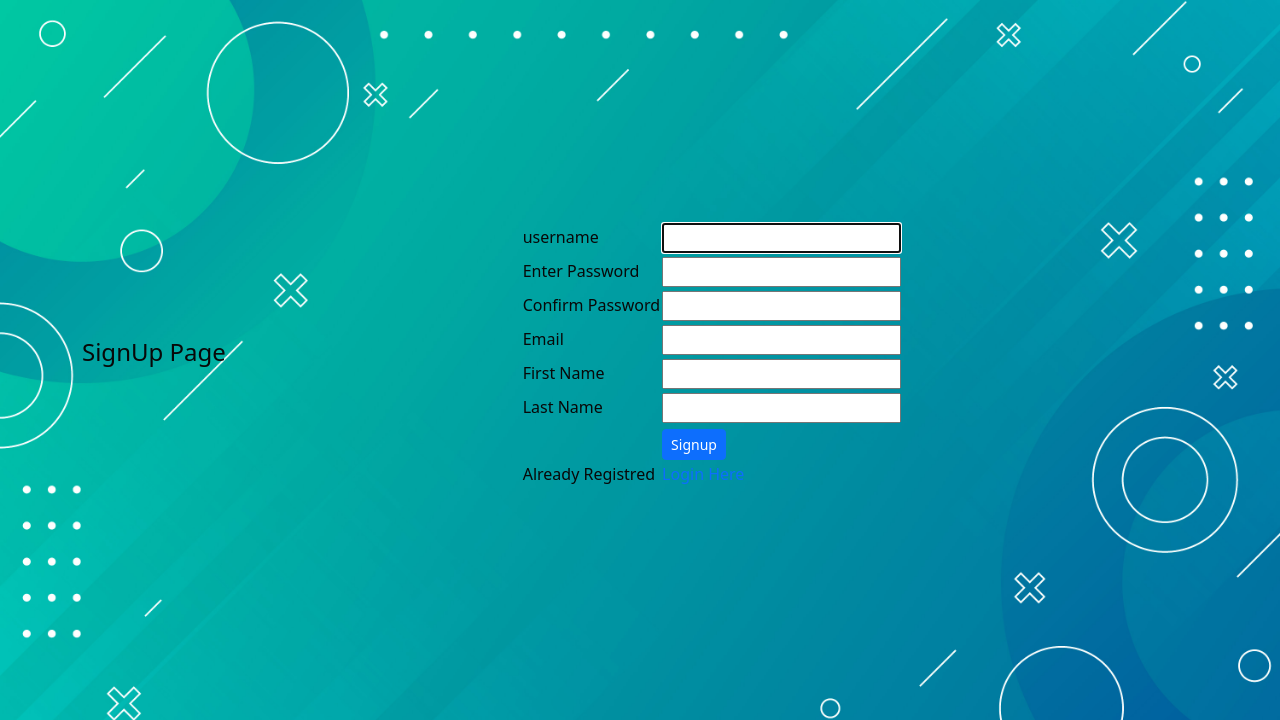
Repository: AbakashRonny/Institute-Management
Page: http://localhost/CodeDaisApp/signup/
The author's editor kept a copy of each file at every save. The page is drawn from the files as they stood at one save, then again after the next save.
The browser window is 1280 px wide. The pictures show the whole page.
The page is served by the project's application, run on Django 5.2 (manage.py). Other server files are loaded and not shown.

Above is the page before, as saved 2024-06-17 03:24:22.

### templates/CodeDaisApp/signup.html
<!doctype html>
{% load static %}
<html lang="en">
  <head>
    <meta charset="utf-8">
    <meta name="viewport" content="width=device-width, initial-scale=1">
    <title>Bootstrap demo</title>
    <link href="https://cdn.jsdelivr.net/npm/bootstrap@5.3.3/dist/css/bootstrap.min.css" rel="stylesheet" integrity="sha384-QWTKZyjpPEjISv5WaRU9OFeRpok6YctnYmDr5pNlyT2bRjXh0JMhjY6hW+ALEwIH" crossorigin="anonymous">
    <style>
      .container{
      display: flex;
      justify-content: center;
      align-items: center;
      padding-top: 220px;
    }
    .c {
      margin: auto;
      padding-top: 20px;
      border: 2px solid rgb(12, 12, 12);
      width: 70%;
    }
      body {
      background-image: url("{% static 'image/8270301.jpg' %}");
      background-size: cover;
      background-repeat: no-repeat;
      color: rgb(8, 8, 8);
    }
    table {
      margin: auto;
    }
    button{
      border: 0px;
    }
    a,input{
      align-self: flex-end;
      text-decoration: none;
      text-decoration-color: black;
      margin-top: 2px;
    }
    center,h4,hr{
      margin-bottom: 2px;
    }

    </style>
  </head>
  <body>
    <div class="container">
        <table>
        <form action="" class="c" method="post">
          <h4 class="text-center">SignUp Page</h4>
            {% csrf_token %}
            <tr>
              <td>username</td>
              <td>{{form.username}}</td>
            </tr>
            <tr>
              <td>Enter Password</td>
              <td>{{form.password1}}</td>
            </tr>
            <tr>
              <td>Confirm Password</td>
              <td>{{form.password2}}</td>
            </tr>
            <tr>
              <td>Email</td>
              <td>{{form.email}}</td>
            </tr>
            <tr>
              <td>First Name</td>
              <td>{{form.first_name}}</td>
            </tr>
            <tr>
              <td>Last Name</td>
              <td>{{form.last_name}}</td>
            </tr>
            <tr>
                <td></td>
                <td><button type="submit" class="btn btn-primary btn-sm mt-1">Signup</button></td>
            </tr>
            <tr>
              <td>Already Registred</td>
              <td><a href="{% url 'login' %}">Login Here</a></td>
            </tr>
        </table>
        </form>
    </div>
    <script src="https://cdn.jsdelivr.net/npm/bootstrap@5.3.3/dist/js/bootstrap.bundle.min.js" integrity="sha384-YvpcrYf0tY3lHB60NNkmXc5s9fDVZLESaAA55NDzOxhy9GkcIdslK1eN7N6jIeHz" crossorigin="anonymous"></script>
  </body>
</html>

### CodeDaisApp/forms.py
from django.contrib.auth.forms import UserCreationForm,UserChangeForm
from django.contrib.auth.models import User
from django import forms

class RegisterForm(forms.Form):
    Name=forms.CharField()
    Email=forms.EmailField()
    Mobile=forms.IntegerField()
    College=forms.CharField()
    Password=forms.CharField()

class LoginForm(forms.Form):
    Email=forms.EmailField()
    Password=forms.CharField()


class SignUp(UserCreationForm):
    class Meta:
        model=User
        fields=('username','password1','password2','email','first_name','last_name')

### CodeDaisApp/views.py
from django.shortcuts import render,redirect,HttpResponse
from . forms import RegisterForm,LoginForm
from datetime import datetime
from django.shortcuts import render,HttpResponse,HttpResponseRedirect
from django.contrib.auth.forms import UserCreationForm,AuthenticationForm,UserChangeForm,PasswordChangeForm
from . forms import SignUp
from django.contrib.auth import authenticate,login,logout,update_session_auth_hash
# Create your views here.

def base(request):
    return render(request,'CodeDaisApp/base.html')

def signup_view(request):
    if request.method=="POST":
        f=SignUp(request.POST)
        if f.is_valid():
            f.save()
            d={'register_status':True}
            return render(request,'CodeDaisApp/success.html',d)

    else:
        f=SignUp()
        d={'form':f}
        return render(request,'CodeDaisApp/signup.html',d)
    return render(request,'CodeDaisApp/signup.html',{'form':f})

def login_view(request):
    if request.method=='POST':
        f=AuthenticationForm(request=request,data=request.POST)
        if f.is_valid():
            username=f.cleaned_data['username']
            password=f.cleaned_data['password']
            user=authenticate(username=username,password=password)
            if user !=None:
                login(request,user)
                return HttpResponseRedirect('/CodeDaisApp/home/')

    elif request.user.is_authenticated:
        return HttpResponseRedirect('/CodeDaisApp/home/')


    else:
        f=AuthenticationForm()
    return render(request,'CodeDaisApp/login.html',{'form':f})


def home(request):
        if request.user.is_authenticated:
            name=request.user
            d={'name':name}
            return render(request,'CodeDaisApp/home.html',d)

        else:
            return HttpResponseRedirect('/CodeDaisApp/login/')

def course(request):
    return render(request,'CodeDaisApp/course.html')

def blog(request):
    date=datetime.now()
    d={'date':date}
    return render(request,'CodeDaisApp/blog.html',d)

def about(request):
    return render(request,'CodeDaisApp/about.html')

def logout_view(request):
    logout(request)
    return HttpResponseRedirect('/CodeDaisApp/login/')

### CodeDaisProject/urls.py
"""
URL configuration for CodeDaisProject project.

The `urlpatterns` list routes URLs to views. For more information please see:
    https://docs.djangoproject.com/en/5.0/topics/http/urls/
Examples:
Function views
    1. Add an import:  from my_app import views
    2. Add a URL to urlpatterns:  path('', views.home, name='home')
Class-based views
    1. Add an import:  from other_app.views import Home
    2. Add a URL to urlpatterns:  path('', Home.as_view(), name='home')
Including another URLconf
    1. Import the include() function: from django.urls import include, path
    2. Add a URL to urlpatterns:  path('blog/', include('blog.urls'))
"""
from django.contrib import admin
from django.urls import path,include

urlpatterns = [
    path('admin/', admin.site.urls),
    path('CodeDaisApp/',include('CodeDaisApp.urls'))
]

### CodeDaisApp/urls.py
from django.urls import path
from . import views

urlpatterns=[
    path('base/',views.base),
    path('home/',views.home,name='home'),
    path('course/',views.course,name='course'),
    path('signup/',views.signup_view,name='signup'),
    path('login/',views.login_view,name='login'),
    path('logout/',views.logout_view,name='logout'),
    path('blog/',views.blog,name='blog'),
    path('about/',views.about,name='about'),
]

After the next save:
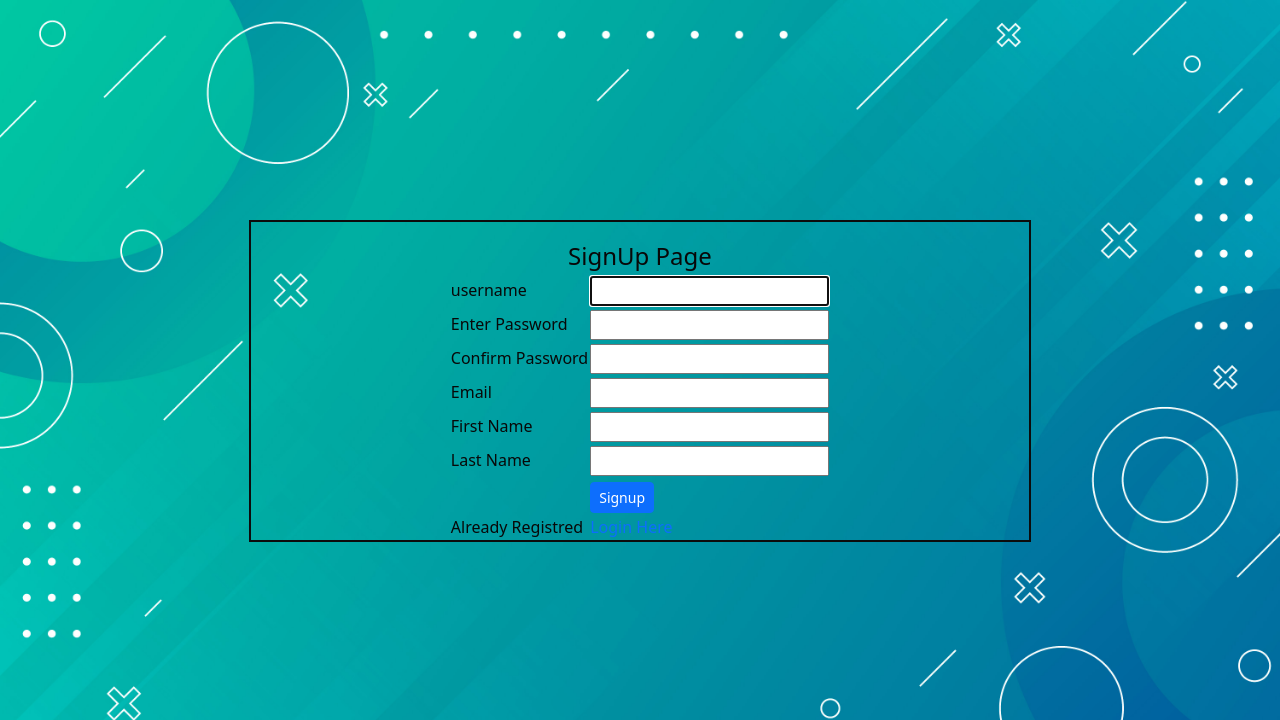
Saved 70 s later.
--- a/templates/CodeDaisApp/signup.html
+++ b/templates/CodeDaisApp/signup.html
@@ -45,9 +45,9 @@
   </head>
   <body>
     <div class="container">
-        <table>
         <form action="" class="c" method="post">
           <h4 class="text-center">SignUp Page</h4>
+          <table>
             {% csrf_token %}
             <tr>
               <td>username</td>
